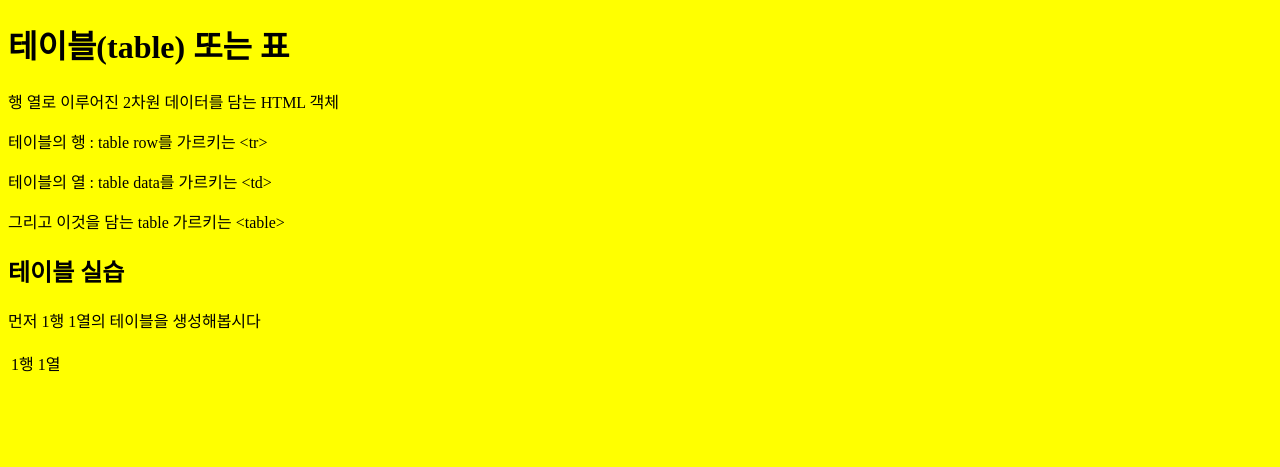
Repository: kmh9964/view
Page: workspace/studyhtml5/src/main/webapp/docs/first.html
The author's editor kept a copy of each file at every save. The page is drawn from the files as they stood at one save, then again after the next save.
The browser window is 1280 px wide. The pictures show the whole page.

Above is the page before, as saved 2022-12-15 05:49:00.

After the next save:
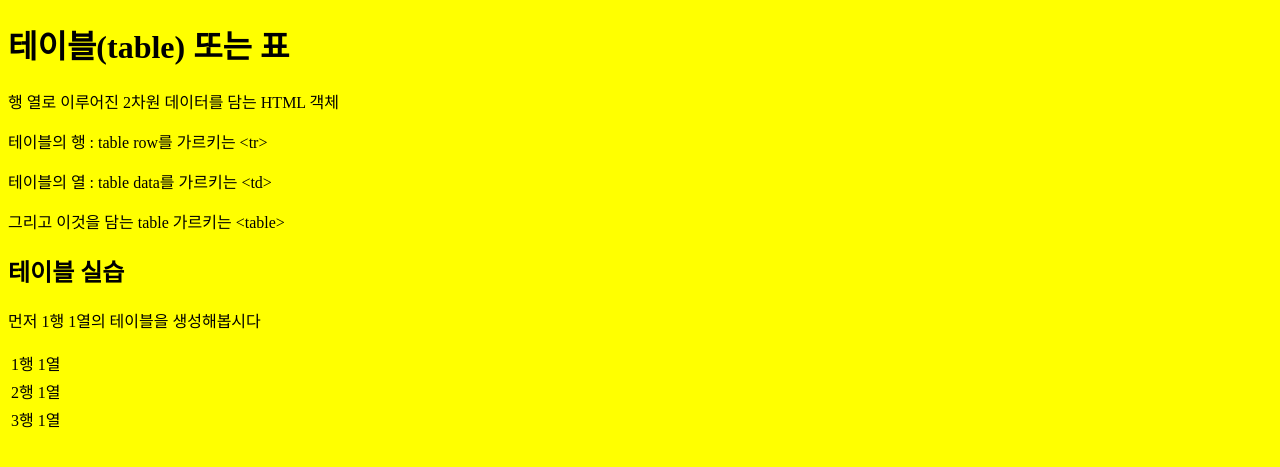
Saved 104 s later.
--- a/workspace/studyhtml5/src/main/webapp/docs/first.html
+++ b/workspace/studyhtml5/src/main/webapp/docs/first.html
@@ -17,7 +17,12 @@
 	<table>
 		<tr>
 			<td>1행 1열</td>
-
+		</tr>
+		<tr>
+			<td>2행 1열</td>
+		</tr>
+		<tr>
+			<td>3행 1열</td>
 		</tr>
 	</table>
 
